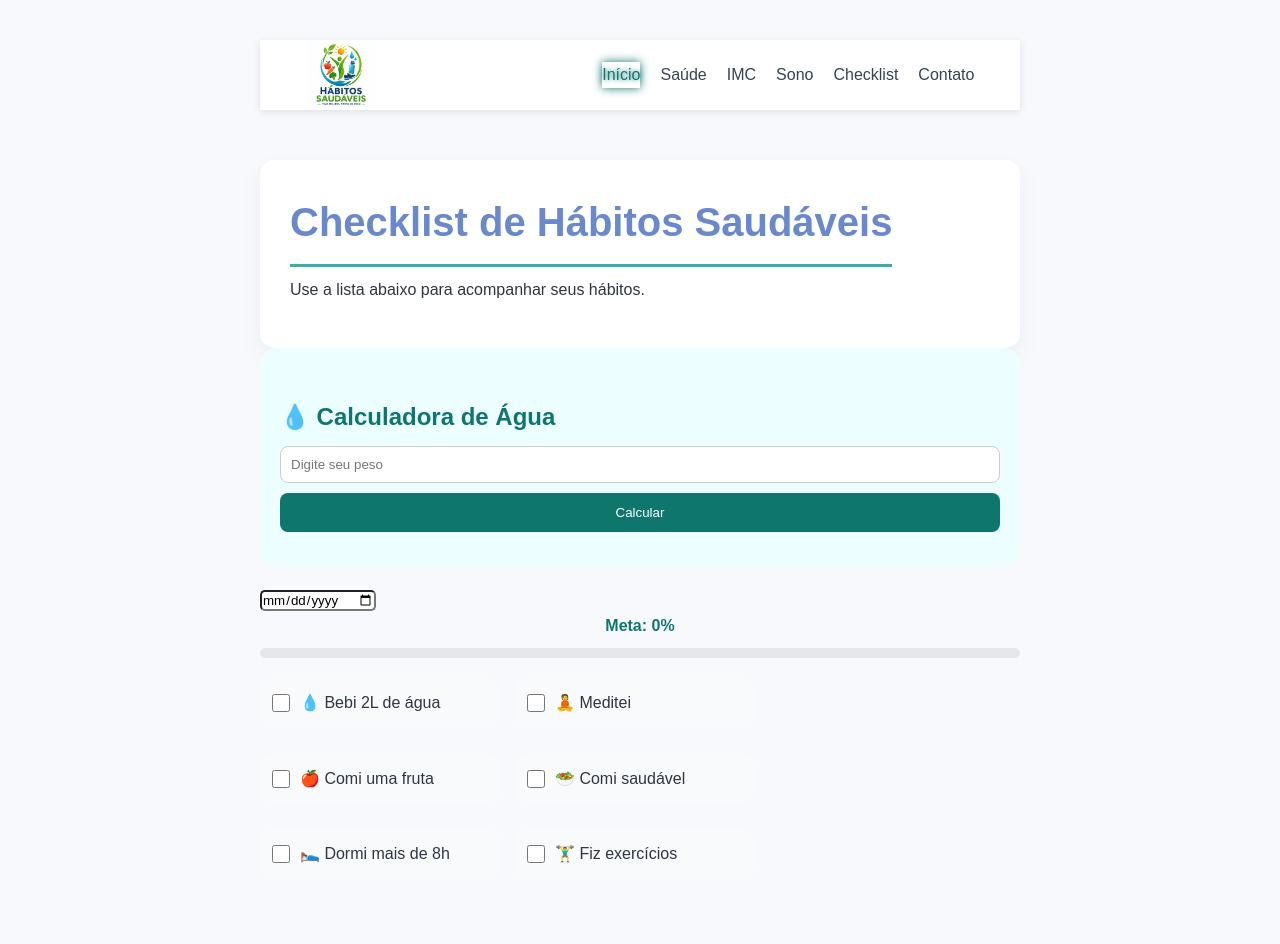
Repository: habitos2026/projetointegrador2026
Page: checklist.html
An editor plug-in stored every save of this project. The page is shown before and after the next save, followed by the edit.
The browser window is 1280 px wide. The pictures show the whole page.
The pointer rests on the first visible `nav a`.

Above is the page before, as saved 2026-06-06 16:06:56.

After the next save:
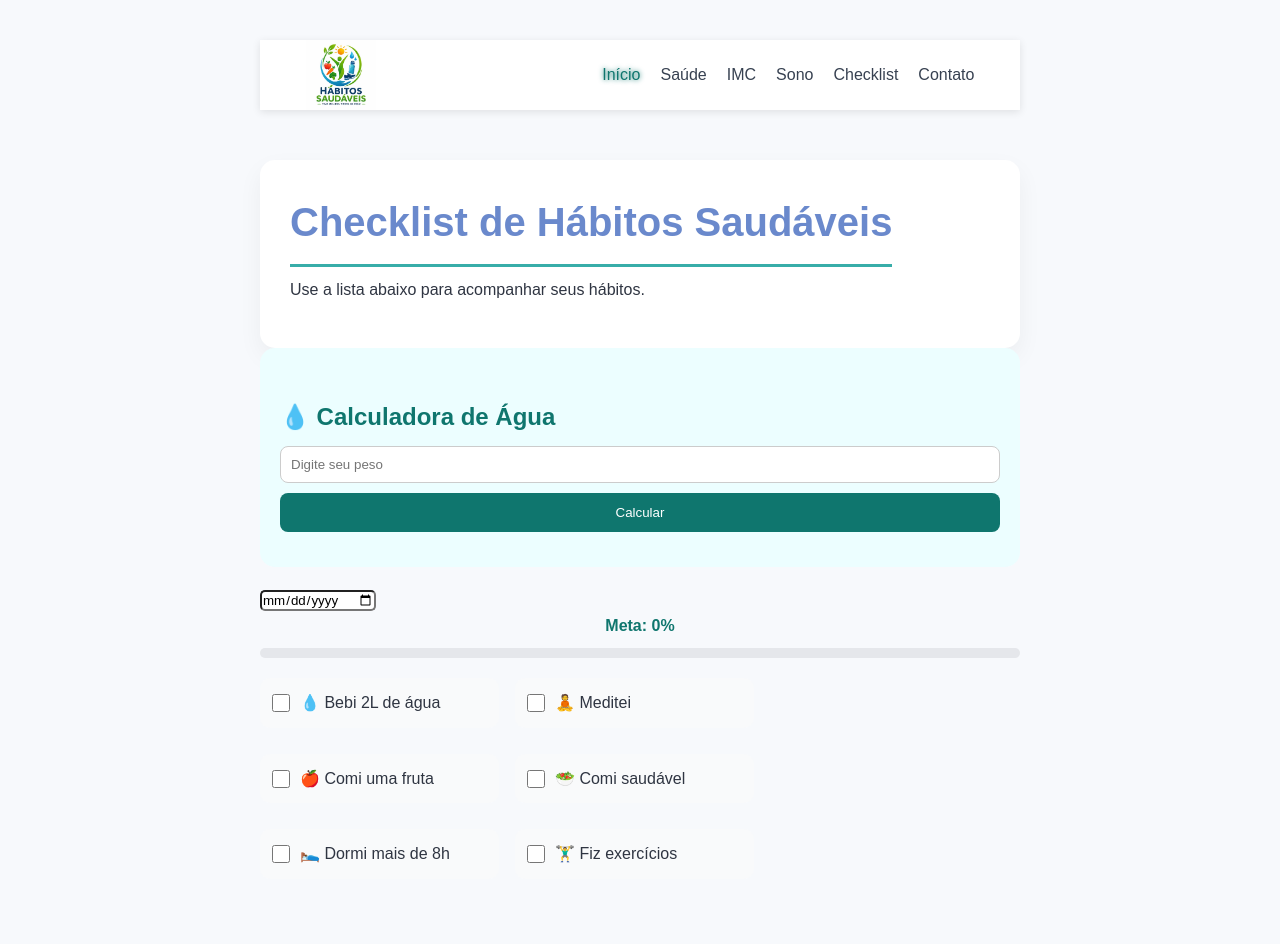
Saved 3 min 31 s later.
--- a/estilos.css
+++ b/estilos.css
@@ -55,7 +55,6 @@ nav a{
 nav a:hover{
     color:#0f766e;
     text-shadow: 0 0 5px #0f766e;
-    box-shadow: 0 0 10px #0f766e;
 
 }
 
